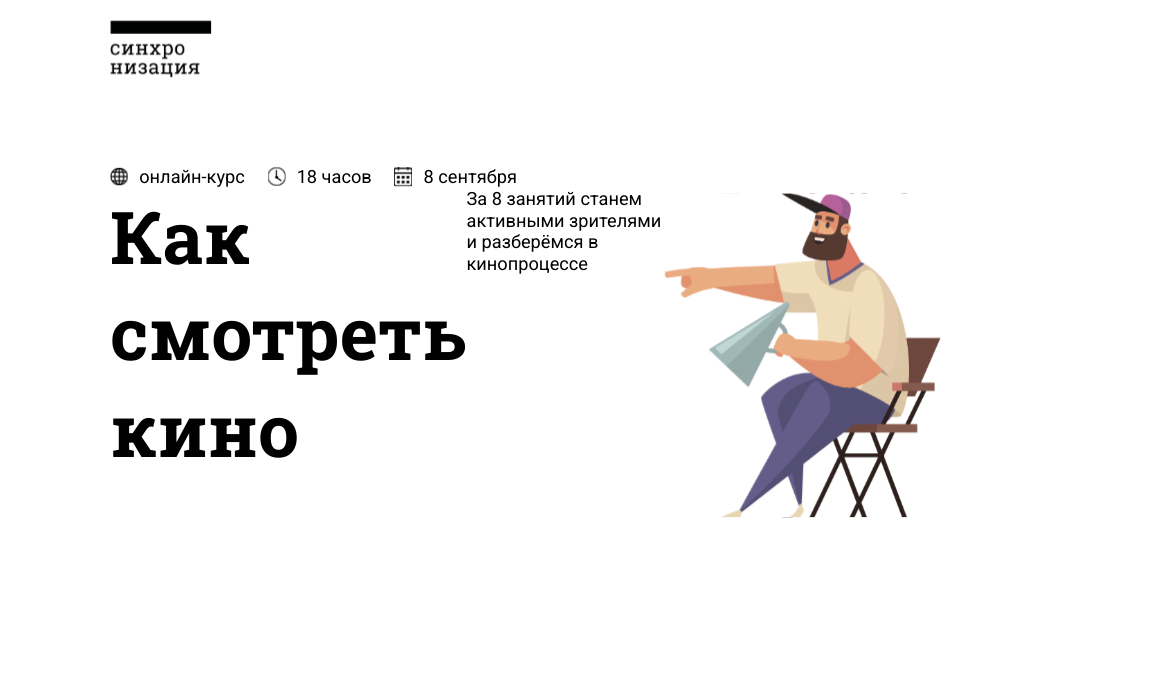
Repository: kubrazamanova/project1
Page: index.html
An editor plug-in stored every save of this project. The page is shown before and after a run of saves, followed by the edit.
The browser window is 1280 px wide. The pictures show the whole page, at 91% of full size.

Above is the page before, as saved 2023-09-09 12:55:26.

After the next 4 saves:
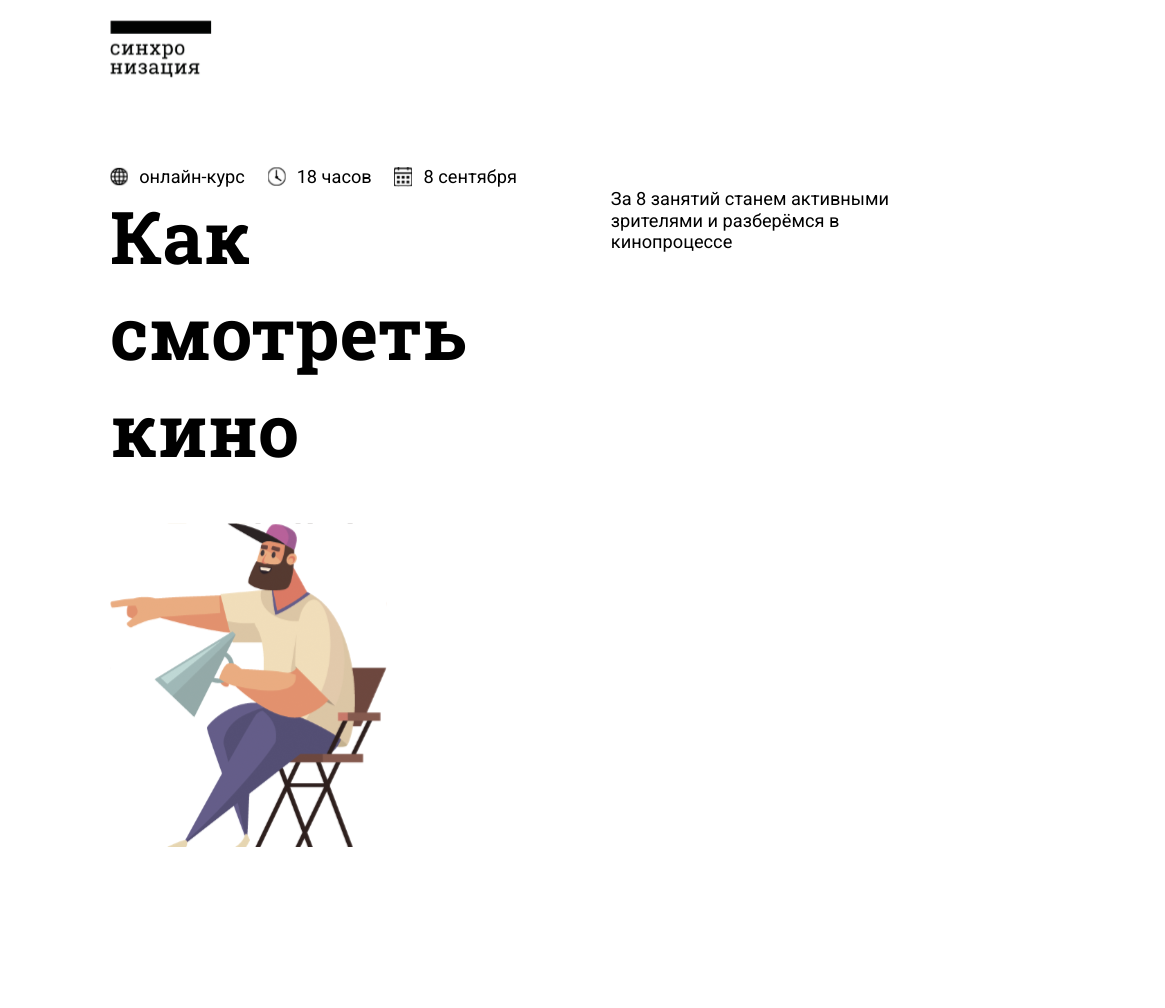
The 4 saves are shown as one change because they came seconds apart.
The last was saved 12 s later.
--- a/index.html
+++ b/index.html
@@ -25,16 +25,17 @@
         </li>
       </ul>
 <div class="collaj-box">
+  <div class="text-container">
+    <h1>Как смотреть кино</h1>
+    <p>
+      За 8 занятий станем активными зрителями и разберёмся в кинопроцессе
+    </p>
+
+  </div>
+  <img src="./images/noroot 1.svg" alt="" />
 
 </div>
-      <div class="text-container">
-        <h1>Как смотреть кино</h1>
-        <p>
-          За 8 занятий станем активными зрителями и разберёмся в кинопроцессе
-        </p>
-        <img src="./images/noroot 1.svg" alt="" />
 
-      </div>
       <!-- <div class="card-box">
         <div class="blue">
           <h1>
